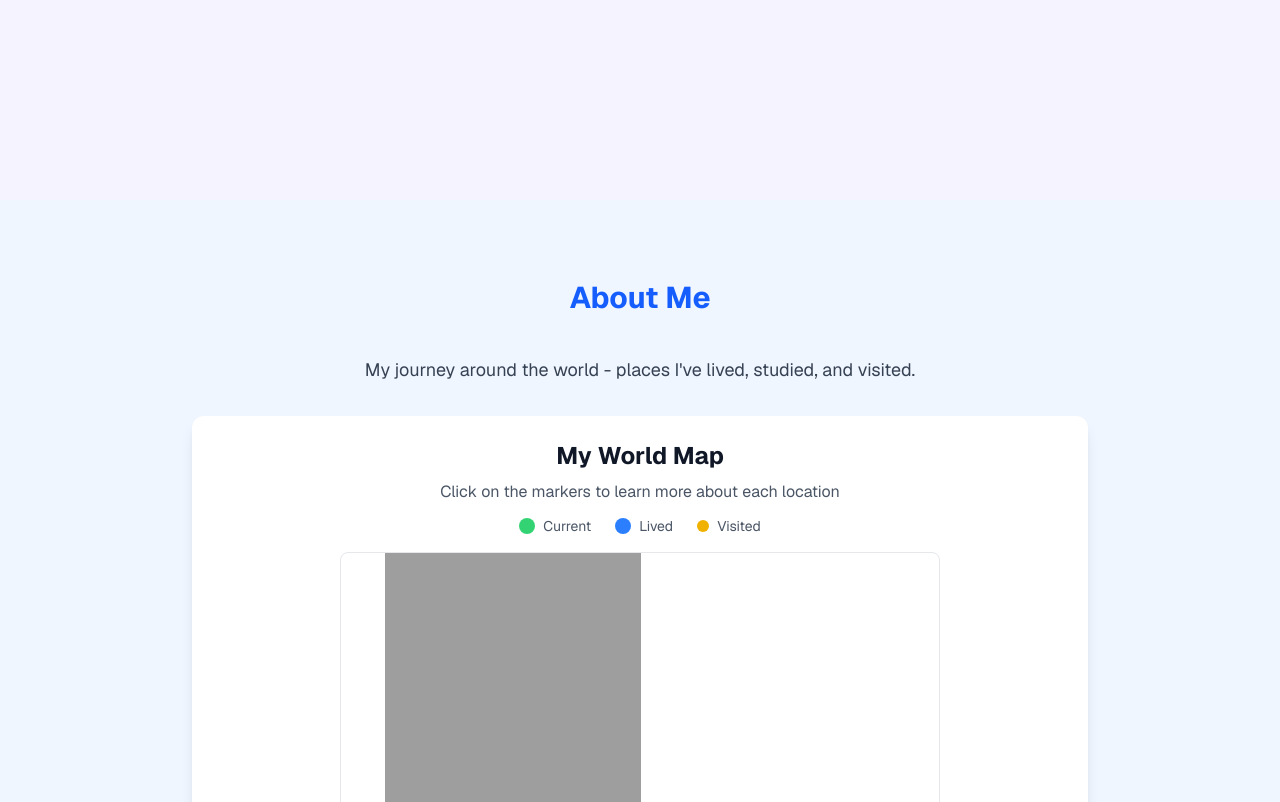
Repository: winniewyl/personal-portfolio
Page: /
An editor plug-in stored every save of this project. The page is shown before and after the next save, followed by the edit.
The browser window is 1280 px wide. The pictures show the part of the page from y = 601 to 1403 px (the page is 4049 px tall).
Pictures or frames that could not be fetched are drawn as grey boxes. The project was rebuilt for these pictures with package versions that can differ from the ones it lists, and the page was loaded fresh each time. Some packages were replaced by stand-ins written for this rebuild. The framework's server and built-in components were replaced by stand-ins that run in the browser. Also part of the build but not shown: next.config.ts.

Above is the page before, as saved 2025-07-31 11:13:48.

After the next save:
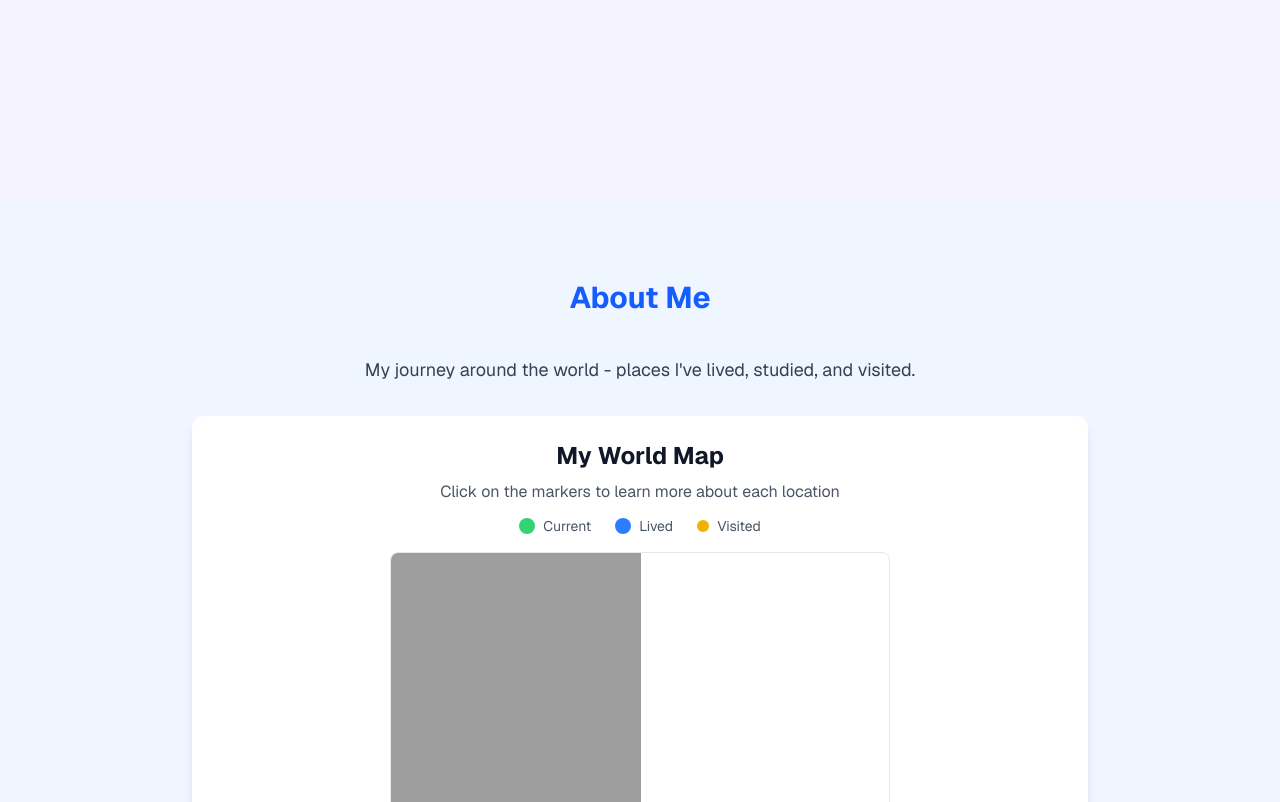
Saved 31 s later.
--- a/src/components/About.tsx
+++ b/src/components/About.tsx
@@ -289,15 +289,15 @@ const About: React.FC = () => {
 
         {/* Leaflet Map Container */}
         <div
-          className="w-96 sm:w-[500px] md:w-[600px] mx-auto h-48 sm:h-64 md:h-80 lg:h-96 rounded-lg overflow-hidden border border-gray-200 dark:border-gray-700"
-          style={{ maxWidth: '600px' }}
+          className="mx-auto h-48 sm:h-64 md:h-80 lg:h-96 rounded-lg overflow-hidden border border-gray-200 dark:border-gray-700"
+          style={{ width: '500px', maxWidth: '500px' }}
         >
           {isMapLoaded && L ? (
             <MapContainer
               center={[20, 0]}
               zoom={2}
-              style={{ height: '100%', width: '600px', maxWidth: '600px' }}
-              className="z-0 custom-map-width"
+              style={{ height: '100%', width: '500px' }}
+              className="z-0"
             >
               <TileLayer
                 attribution='&copy; <a href="https://www.openstreetmap.org/copyright">OpenStreetMap</a> contributors'
